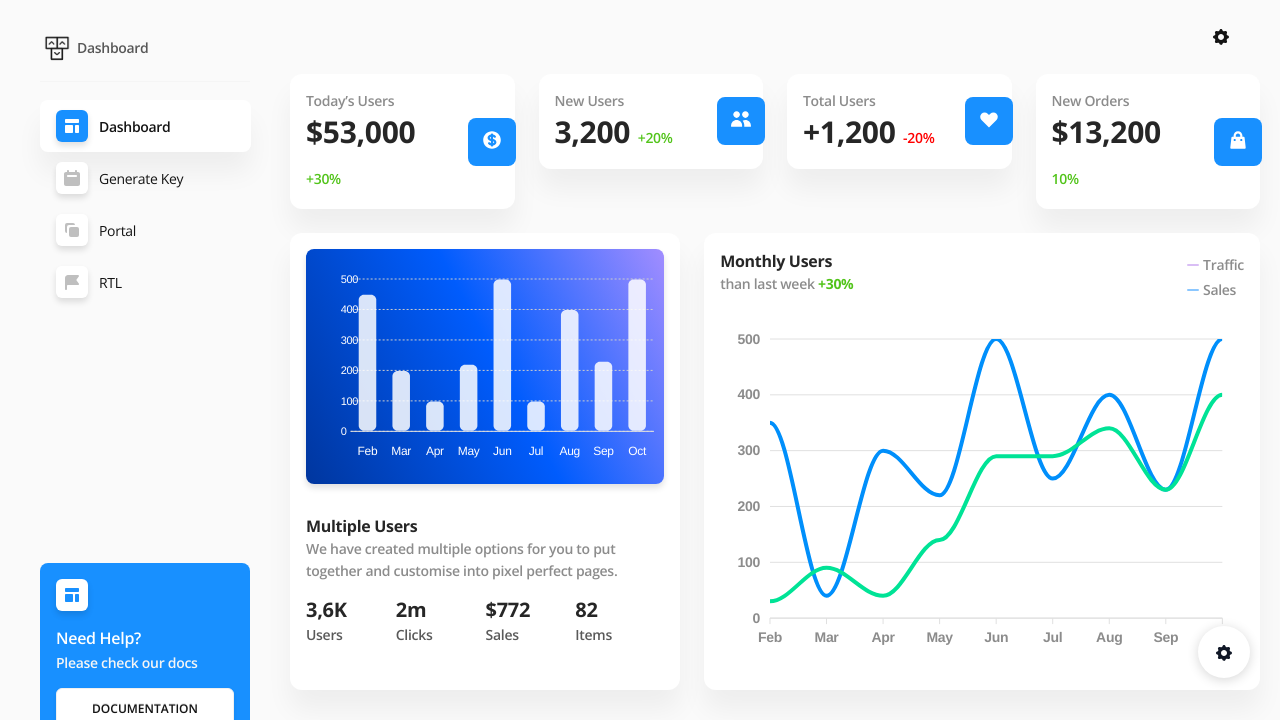
Repository: ahabalikhan/api-analytics-app-fe
Page: /
The author's editor kept a copy of each file at every save. The page is drawn from the files as they stood at one save, then again after the next save.
The browser window is 1280 px wide. The pictures show the whole page.
The project was rebuilt for these pictures with package versions that can differ from the ones it lists, and the page was loaded fresh each time. Also part of the build but not shown: src/pages/Profile.js, src/components/layout/Footer.js. Imported but missing from the stored project, and not drawn on this page: src/pages/Billing, src/pages/Rtl, src/pages/Tables.

Above is the page before, as saved 2022-07-16 21:59:37.

### src/assets/styles/responsive.css
/*!
=========================================================
* Muse Ant Design Dashboard - v1.0.0
=========================================================
* Product Page: https://www.creative-tim.com/product/muse-ant-design-dashboard
* Copyright 2021 Creative Tim (https://www.creative-tim.com)
* Licensed under MIT (https://github.com/creativetimofficial/muse-ant-design-dashboard/blob/main/LICENSE.md)
* Coded by Creative Tim
=========================================================
* The above copyright notice and this permission notice shall be included in all copies or substantial portions of the Software.
*/
@media (min-width: 992px) {
  .layout-dashboard .ant-layout-footer {
    margin: 0 0 20px 20px;
  }
  .layout-dashboard .ant-layout-sider.sider-primary {
    margin: 20px 0 0 20px;
    padding: 13px 20px;
    height: calc(100vh - 20px);
  }
  .layout-dashboard .ant-layout {
    width: auto;
    flex-shrink: 1;
    margin-left: 270px;
  }
  .layout-dashboard .header-control .sidebar-toggler {
    display: none;
  }
}

@media (min-width: 768px) {
  .layout-dashboard .ant-layout-header {
    margin: 10px 20px;
  }
  .layout-dashboard .header-control {
    margin-top: 0;
  }
  .layout-dashboard .header-control .header-search {
    margin: 0 7px;
  }
  .layout-dashboard .header-control .btn-sign-in span {
    display: inline;
  }
  .profile-nav-bg {
    margin-top: -87.8px;
  }
  .card-profile-head {
    margin: -53px 24px 24px;
  }
}

@media (min-width: 992px) {
  .card-billing-info.ant-card .ant-card-body {
    display: flex;
  }
  .layout-dashboard-rtl {
    overflow: auto;
  }
  .layout-dashboard-rtl .ant-layout-sider.sider-primary {
    margin: 20px 20px 0 0;
    height: calc(100vh - 20px);
  }
  .layout-dashboard-rtl .ant-layout-sider.sider-primary {
    right: 0;
    left: auto;
  }
  .layout-dashboard-rtl .ant-layout-sider.sider-primary {
    right: 0;
    left: auto;
  }
  .layout-dashboard-rtl .ant-layout {
    margin-right: 270px;
    margin-left: 0;
  }
  .layout-dashboard-rtl .ant-layout-footer {
    margin: 0 20px 20px 0;
  }
}

@media (max-width: 768px) {
  .layout-dashboard.layout-dashboard-rtl .header-control {
    justify-content: flex-end;
  }
}

### src/components/chart/EChart.js
/*!
  =========================================================
  * Muse Ant Design Dashboard - v1.0.0
  =========================================================
  * Product Page: https://www.creative-tim.com/product/muse-ant-design-dashboard
  * Copyright 2021 Creative Tim (https://www.creative-tim.com)
  * Licensed under MIT (https://github.com/creativetimofficial/muse-ant-design-dashboard/blob/main/LICENSE.md)
  * Coded by Creative Tim
  =========================================================
  * The above copyright notice and this permission notice shall be included in all copies or substantial portions of the Software.
*/

import ReactApexChart from "react-apexcharts";
import { Row, Col, Typography } from "antd";
import eChart from "./configs/eChart";

function EChart() {
  const { Title, Paragraph } = Typography;

  const items = [
    {
      Title: "3,6K",
      user: "Users",
    },
    {
      Title: "2m",
      user: "Clicks",
    },
    {
      Title: "$772",
      user: "Sales",
    },
    {
      Title: "82",
      user: "Items",
    },
  ];

  return (
    <>
      <div id="chart">
        <ReactApexChart
          className="bar-chart"
          options={eChart.options}
          series={eChart.series}
          type="bar"
          height={220}
        />
      </div>
      <div className="chart-vistior">
        <Title level={5}>Multiple Users</Title>
        <Paragraph className="lastweek">
          We have created multiple options for you to put together and customise
          into pixel perfect pages.
        </Paragraph>
        <Row gutter>
          {items.map((v, index) => (
            <Col xs={6} xl={6} sm={6} md={6} key={index}>
              <div className="chart-visitor-count">
                <Title level={4}>{v.Title}</Title>
                <span>{v.user}</span>
              </div>
            </Col>
          ))}
        </Row>
      </div>
    </>
  );
}

export default EChart;

Loaded but not shown: public/index.html (common file); src/index.js (common file); src/pages/Home.js (487 lines, source omitted); src/components/layout/Header.js (337 lines, source omitted); src/pages/SignIn.js (200 lines, source omitted); src/pages/Portal.js (171 lines, source omitted); src/components/layout/Sidenav.js (157 lines, source omitted); src/components/layout/Main.js (118 lines, source omitted); src/components/chart/configs/eChart.js (106 lines, source omitted); src/components/chart/configs/lineChart.js (87 lines, source omitted); src/App.js (33 lines, source omitted); src/components/chart/LineChart.js (38 lines, source omitted); src/assets/styles/main.css (3043 lines, source omitted)

After the next save:
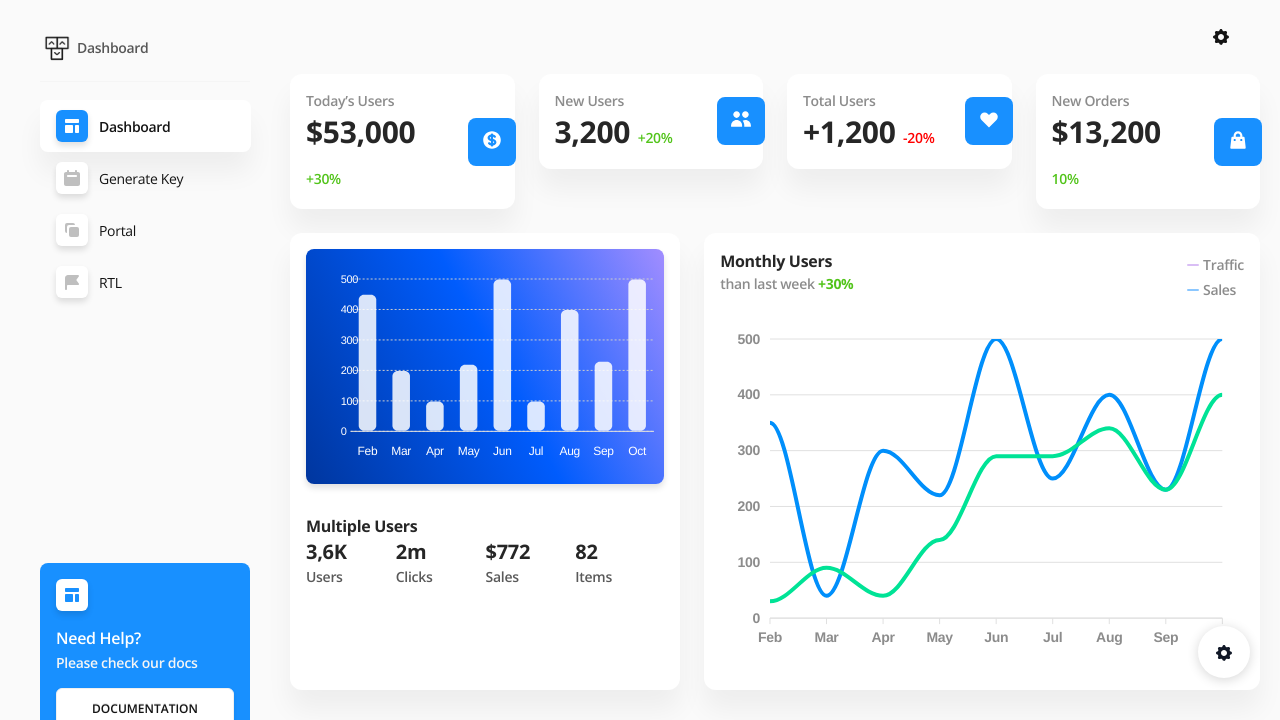
Saved 12 s later.
--- a/src/components/chart/EChart.js
+++ b/src/components/chart/EChart.js
@@ -49,10 +49,10 @@
       </div>
       <div className="chart-vistior">
         <Title level={5}>Multiple Users</Title>
-        <Paragraph className="lastweek">
+        {/* <Paragraph className="lastweek">
           We have created multiple options for you to put together and customise
           into pixel perfect pages.
-        </Paragraph>
+        </Paragraph> */}
         <Row gutter>
           {items.map((v, index) => (
             <Col xs={6} xl={6} sm={6} md={6} key={index}>

After the save that followed:
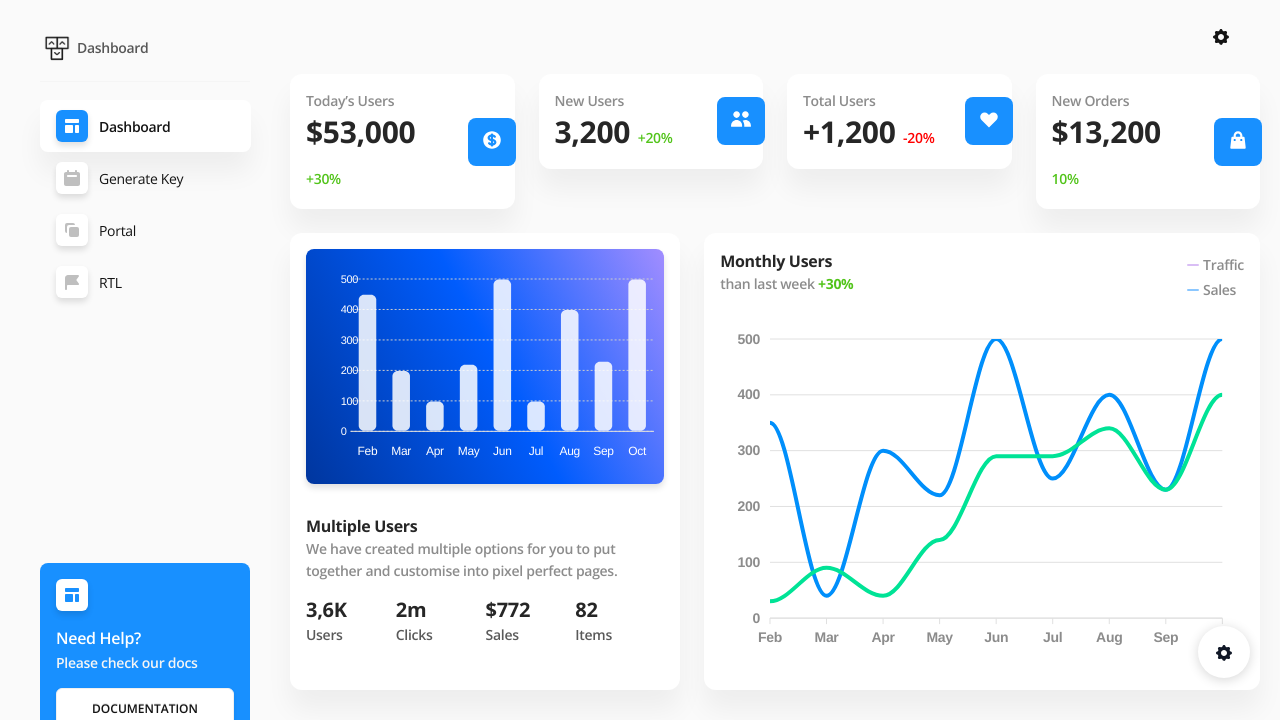
Saved 13 s later.
--- a/src/components/chart/EChart.js
+++ b/src/components/chart/EChart.js
@@ -49,10 +49,10 @@
       </div>
       <div className="chart-vistior">
         <Title level={5}>Multiple Users</Title>
-        {/* <Paragraph className="lastweek">
+        <Paragraph className="lastweek">
           We have created multiple options for you to put together and customise
           into pixel perfect pages.
-        </Paragraph> */}
+        </Paragraph>
         <Row gutter>
           {items.map((v, index) => (
             <Col xs={6} xl={6} sm={6} md={6} key={index}>
